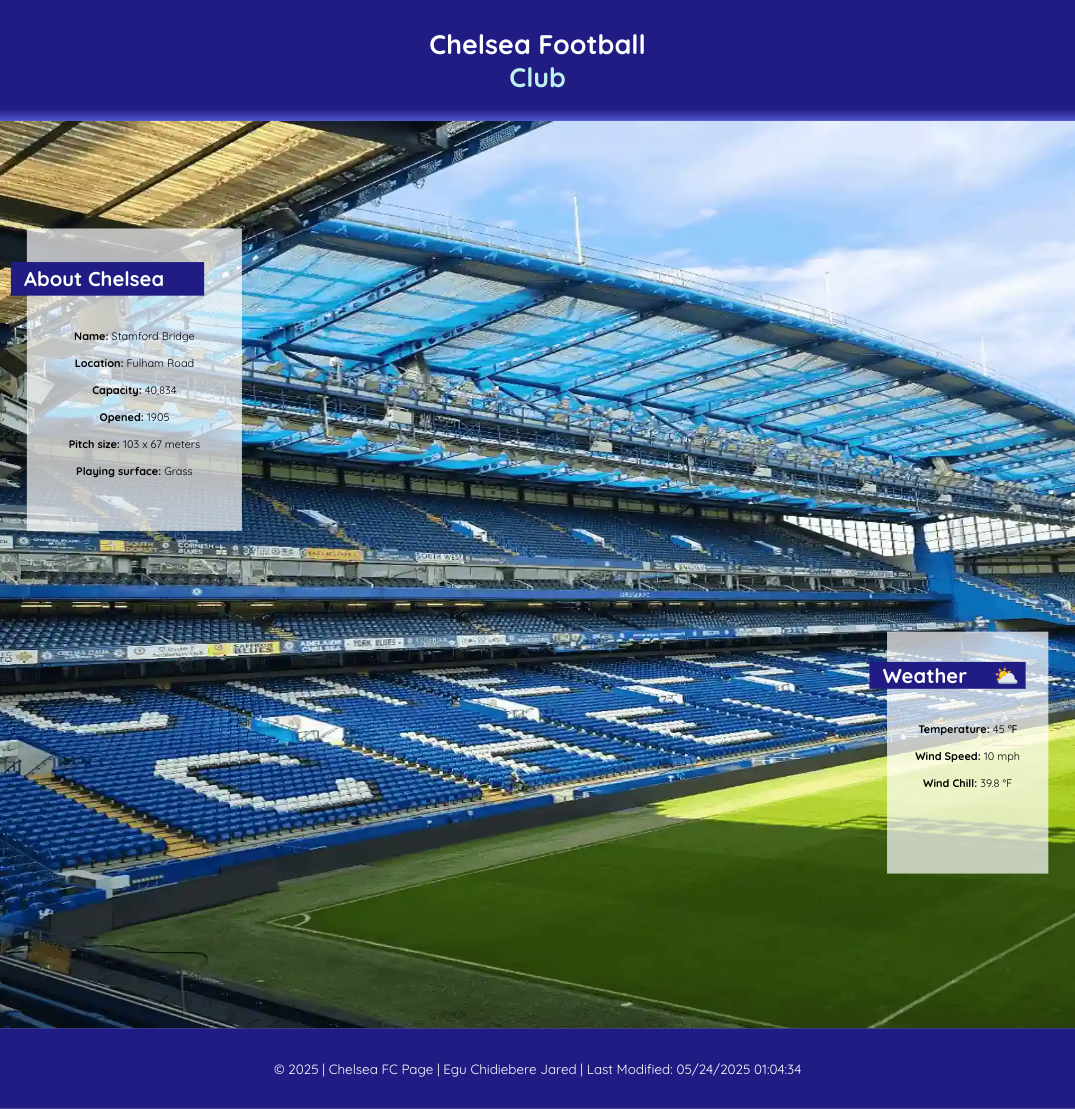
Repository: EguJaredoBoyd/wdd131
Page: place.html
The author's editor kept a copy of each file at every save. The page is drawn from the files as they stood at one save, then again after the next save.
The browser window is 1280 px wide. The pictures show the whole page, at 84% of full size.
Some web libraries are served in a nearby version.

Above is the page before, as saved 2025-05-27 14:00:30.

### place.html
<!DOCTYPE html>
<html lang="en">

<head>
    <meta charset="UTF-8">
    <meta name="viewport" content="width=device-width, initial-scale=1.0">
    <meta name="description" content="A simple responsive webpage that shows a gallery picture of different temples">
    <meta name="author" content="Egu Chidiebere Jared">
    <title>WDD131 - Chelsea Football Club - Egu Chidiebere Jared</title>
    <link rel="preconnect" href="https://fonts.googleapis.com">
    <link rel="preconnect" href="https://fonts.gstatic.com" crossorigin>
    <link href="https://fonts.googleapis.com/css2?family=Quicksand:wght@300..700&display=swap" rel="stylesheet">
    <link rel="stylesheet" href="https://cdn.jsdelivr.net/npm/remixicon@4.6.0/fonts/remixicon.min.css">
    <link rel="stylesheet" href="./styles/place.css">
    <link rel="stylesheet" href="./styles/place-large.css">
    <script src="./scripts/place.js" defer></script>
</head>
<body>
    <header>
        <h1>Chelsea Football <span class="club"> Club</span></h1>
    </header>
    <main>
        <div class="picture-section">
            <picture>
                <source media="(max-width: 768px)" srcset="./images/chel-stamford1.webp 300w, ./images/stamford-bridge (1).webp 1080w" sizes="100vw">
                <source media="(min-width: 769px)" srcset="./images/chelsea-stamford2 (1).webp 1920w, ./images/stamford-large (1).webp 1920w" sizes="100vw">
                <img src="./images/stamford-bridge (1).webp" alt="stamford bridge">
            </picture>
        </div>
        <section class="info">
            <h2>About Chelsea</h2>
            <div class="about">
                <p><strong>Name: </strong> Stamford Bridge</p>
                <p><strong>Location: </strong>Fulham Road</p>
                <p><strong>Capacity: </strong>40,834</p>
                <p><strong>Opened: </strong>1905</p>
                <p><strong>Pitch size: </strong>103 x 67 meters</p>
                <p><strong>Playing surface: </strong>Grass</p>
            </div>

        </section>
        <section class="weather">
            <h2>Weather</h2>
            <img src="./images/sun-icon.svg" alt="Sun Icon">
            <div>
                <p><strong>Temperature: </strong><span id="temp">45</span> ℉</p>
                <p><strong>Wind Speed: </strong><span id="speed">10</span> mph</p>
                <p><strong>Wind Chill: </strong><span id="chill"></span></p>
            </div>

        </section>
    </main>
    <footer>
        <p>&copy; <span id="year"></span> | Chelsea FC Page | Egu Chidiebere Jared |  Last Modified: <span id="lastModified"></span></p>
    </footer>

</body>
</html>

### styles/place.css
:root {
    --primary-color: #211C84;
    --secondary-color: #4D55CC;
    --accent-color:#7A73D1;
    --font-stack:"Quicksand", sans-serif;

}
*{
    margin: 0;
    padding: 0;
    box-sizing: border-box;
    font-family: var(--font-stack);
}
body{
    max-width: 100vw;
}
header{
    width: 100%;
    background-color: var(--primary-color);
    color: white;
    padding: 2rem;
    background: linear-gradient(to bottom , var(--primary-color) 90%, var(--secondary-color) 100%);

}
header h1{
    display: flex;
    flex-direction: column;
    justify-content: center;
    align-items: center;
    margin: auto;
}

.club{
    align-self: center;
    color: rgb(191, 241, 241);
}
.picture-section img{
    width: 100vw;
    height: 150vh;
    display: block;
    max-width: 100vw;
}
.info, .weather{
    display: flex;
    flex-direction: column;
    justify-content: center;
    align-items: center;
    margin-top: 2rem;
    line-height: 2.5rem;
}
.info h2, .weather h2{
    margin: 2rem 0;
}
.about p, .weather p{
    text-align: center;
}

.weather img{
    width: 24vw;
    margin-bottom: 2rem;
}
.emoji{
    display: none;
}
footer{
    background-color: var(--primary-color);
    color: white;
    padding: 2rem;
    text-align: center;
    line-height: 2rem;
}

### styles/place-large.css
@media only screen and (min-width:767px) {
    .picture-section{
        position: relative;
    }
    .info{
        position: absolute;
        background-color: rgba(255, 255, 255, 0.7);
        width: 20vw;
        height: 50vh;
        top: 15rem;
        left: 2rem;
    }
    .info > .about{
        font-size: small;
        line-height: 2rem;

    }
    .info h2{
        margin-bottom: 2rem;
        margin-top: -1rem;
        background-color: var(--primary-color);
        color: white;
        margin-left: -4rem;
        padding-right: 3rem;
        padding-left: 1rem;
    }
    .weather{
        position: absolute;
        background-color: rgba(255, 255, 255, 0.7);
        width: 15vw;
        height: 40vh;
        bottom: -20rem;
        right: 2rem;
        line-height: 2rem;

    }
    .weather > * :not(h2){
        font-size: small;
    }
    .weather > img{
        display: none;
    }
    .emoji{
        display: contents;
    }
    .weather h2{
        padding-left: 1rem;
        padding-right: 0.5rem;
        margin-left: -3rem;
        background-color: var(--primary-color);
        margin-top: -3.5rem;
        color: white;


    }
    .weather h2::after{
        content: "⛅";
        padding-left: 2rem;
    }


}

### scripts/place.js
const temp = parseFloat(document.getElementById("temp").textContent);
const speed = parseFloat(document.getElementById("speed").textContent);
const chillSpan = document.getElementById("chill");

function calculateWindChill(t, s){
    return (35.74 + 0.6215 * t - 35.75 * Math.pow(s, 0.16) + 0.4275 * t * Math.pow(s, 0.16)).toFixed(1);

}

if (temp <= 50 && speed > 3) {
    chillSpan.textContent = calculateWindChill(temp, speed) + ' °F';
}
else {
    chillSpan.textContent = 'N/A';
}




document.getElementById("year").textContent = new Date().getFullYear();
document.getElementById("lastModified").textContent = document.lastModified;

After the next save:
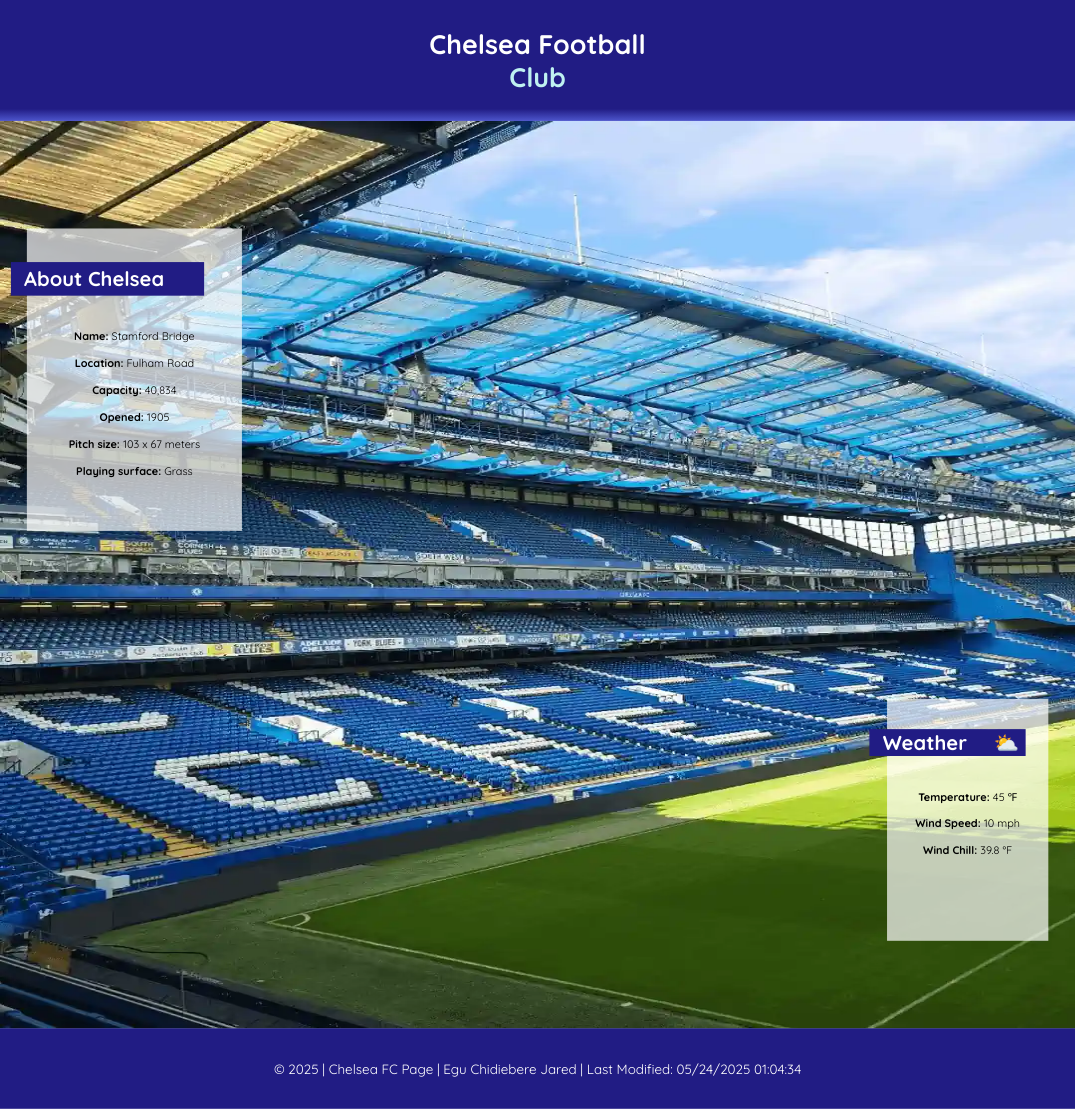
Saved 11 s later.
--- a/styles/place-large.css
+++ b/styles/place-large.css
@@ -29,7 +29,7 @@
         background-color: rgba(255, 255, 255, 0.7);
         width: 15vw;
         height: 40vh;
-        bottom: -20rem;
+        bottom: -25rem;
         right: 2rem;
         line-height: 2rem;
 
